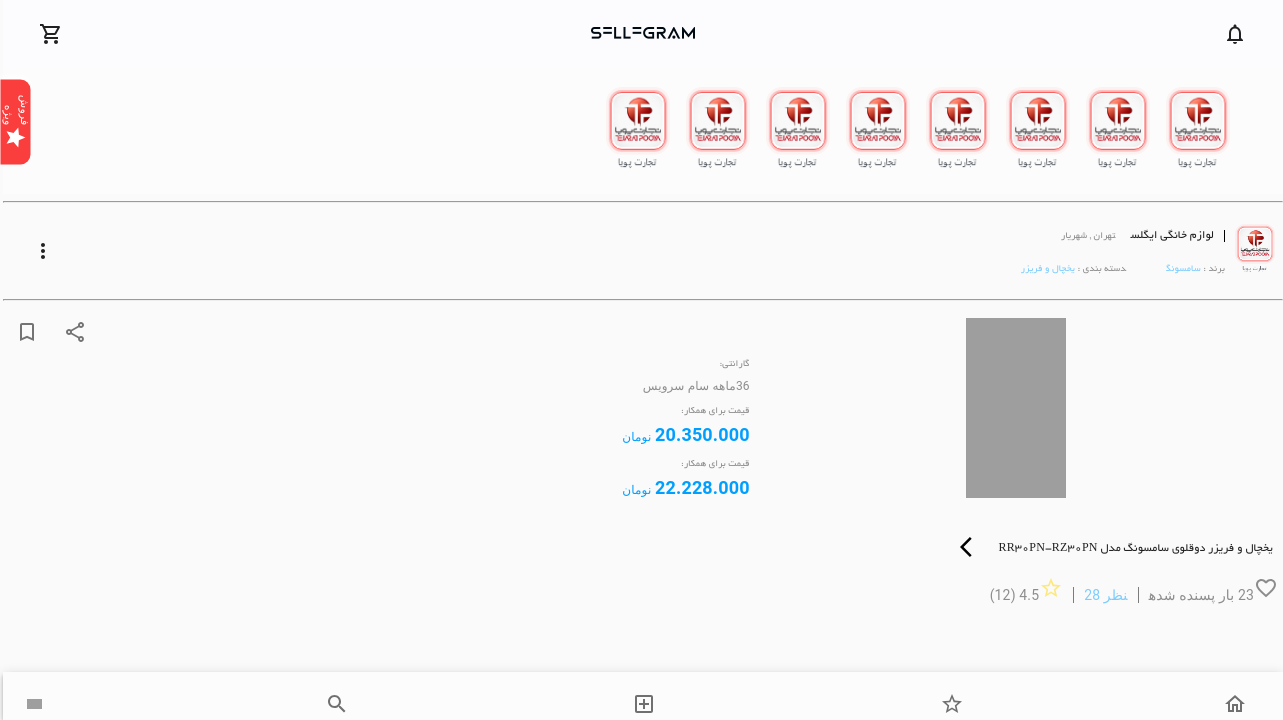
Repository: sadegh1379/selegram
Page: /login-4
An editor plug-in stored every save of this project. The page is shown before and after the next save, followed by the edit.
The browser window is 1280 px wide. The page is 1283 px wide, then 1280 px, so the pictures cover 1283 px, including what lies to the right of the window. The pictures show the whole page.
Pictures or frames that could not be fetched are drawn as grey boxes. The project was rebuilt for these pictures with package versions that can differ from the ones it lists, and the page was loaded fresh each time. Also part of the build but not shown: src/components/login/Login.js, src/components/login/LoginOne.js, src/components/login/LoginThree.js.

Above is the page before, as saved 2020-09-09 14:30:19.

### public/index.html
<!DOCTYPE html>
<html lang="en">
  <head>
    <meta charset="utf-8" />
    <link rel="icon" href="%PUBLIC_URL%/favicon.ico" />
    <meta
      name="viewport"
      content="minimum-scale=1, initial-scale=1, width=device-width"
    />
    <meta name="theme-color" content="#000000" />
    <meta
      name="description"
      content="Web site created using create-react-app"
    />
    <link rel="apple-touch-icon" href="%PUBLIC_URL%/logo192.png" />
    <!--
      manifest.json provides metadata used when your web app is installed on a
      user's mobile device or desktop. See https://developers.google.com/web/fundamentals/web-app-manifest/
    -->
    <link rel="manifest" href="%PUBLIC_URL%/manifest.json" />
    <!--
      Notice the use of %PUBLIC_URL% in the tags above.
      It will be replaced with the URL of the `public` folder during the build.
      Only files inside the `public` folder can be referenced from the HTML.

      Unlike "/favicon.ico" or "favicon.ico", "%PUBLIC_URL%/favicon.ico" will
      work correctly both with client-side routing and a non-root public URL.
      Learn how to configure a non-root public URL by running `npm run build`.
    -->
    <title>React App</title>
  </head>
  <body dir="rtl">
    <noscript>You need to enable JavaScript to run this app.</noscript>
    <div id="root"></div>
    <!--
      This HTML file is a template.
      If you open it directly in the browser, you will see an empty page.

      You can add webfonts, meta tags, or analytics to this file.
      The build step will place the bundled scripts into the <body> tag.

      To begin the development, run `npm start` or `yarn start`.
      To create a production bundle, use `npm run build` or `yarn build`.
    -->
  </body>
</html>

### src/index.js
import React from 'react';
import ReactDOM from 'react-dom';
import App from './App';
import { createMuiTheme, ThemeProvider } from '@material-ui/core/styles';
import RTL from './RTL';
import {BrowserRouter as Router} from 'react-router-dom';
// import '../node_modules/bootstrap/dist/css/bootstrap.css';
import {DataProvider} from './context'

const theme = createMuiTheme({
  direction: 'rtl', // Both here and <body dir="rtl">
});

ReactDOM.render(
      <ThemeProvider theme={theme}>
                      <RTL>
                          <Router>
                              <DataProvider>
                                    <App />
                              </DataProvider>
                          </Router>
                      </RTL>
      </ThemeProvider>
  ,
  document.getElementById('root')
);

### src/App.js
import React from 'react';
import './App.css';
import {Switch , Route} from 'react-router-dom';

import Login from './components/login/Login';
import LoginOne from './components/login/LoginOne';
import LoginThree from './components/login/LoginThree';
import LoginFour from './components/body/LoginFour'

function App() {
  return (
    <div className="App">
      <Switch>
        <Route exact path="/" component={(props)=><Login {...props}/>} />
        <Route exact path="/login-1" component={(props)=><LoginOne {...props}/>} />
        <Route exact path="/login-3" component={(props)=><LoginThree {...props}/>} />
        <Route exact path="/login-4" component={(props)=><LoginFour {...props}/>} />
      </Switch>
    </div>
  );
}

export default App;

### src/RTL.js
import React from 'react'
import { create } from 'jss';
import rtl from 'jss-rtl';
import { StylesProvider, jssPreset } from '@material-ui/core/styles';

// Configure JSS
const jss = create({ plugins: [...jssPreset().plugins, rtl()] });

function RTL(props) {
  return (
    <StylesProvider jss={jss}>
      {props.children}
    </StylesProvider>
  );
}

export default RTL;

### src/context.js
import React , {createContext ,Component}  from 'react';

const context = createContext()

 class DataProvider extends Component {
    constructor(props){
        super(props);

        this.state={
            kala:[{
                name:'sadegh',
                img:'./img/kala.png'
            },
            {
                name:'sadegh',
                img:'./img/kala.png'
            },
            {
                name:'sadegh',
                img:'./img/kala.png'
            },
            {
                name:'sadegh',
                img:'./img/kala.png'
            },
            {
                name:'sadegh',
                img:'./img/kala.png'
            },
            {
                name:'sadegh',
                img:'./img/kala.png'
            },
            {
                name:'sadegh',
                img:'./img/kala.png'
            },
            {
                name:'sadegh',
                img:'./img/kala.png'
            }
        ],
        select:'./img/ice.png'
        }
    }
    render() {
        return (
            <context.Provider value={{
                    ...this.state
            }}>
                {this.props.children}
            </context.Provider>
        )
    }
}

const DataConsumer = context.Consumer;

export { DataProvider , DataConsumer , context};

### src/App.css
@font-face {
    font-family: BYekan;
    src: url('./font/BYekan.ttf') , url('./font/BYekan.eot') , url('./font/BYekan.woff');
  }

html , body , #root{
    margin: 0px ;
    padding:0px;
}
.font-yekan{
    font-family: BYekan !important;
  }
label{
    color:#034DA2 !important;
    font-size: 14px;

    font-weight: small !important;

    margin-right: 10px;
    font-family: BYekan !important;
}

.color-text{
  color:#404D66
}

.no-scroll::-webkit-scrollbar{
  display: none;

}
.no-scroll{
  -ms-overflow-style: none ;
  scrollbar-width: none;
}

.lighblue{
  color:#009FFF;
}
.font-10-px{
  font-size: 10px;
}
.font-12-px{
  font-size: 12px;
}
.text-right{
  text-align: right;
}
.text-left{
  text-align: left;
}

.opacity{
  opacity: 0.5;

}

.money-color{
  color:#009FFF;
  font-size:18px;
  font-weight: bolder  ;
}

.toman-blue{
  font-size: 12px;
  color:#009FFF ;

}

### src/components/body/LoginFour.js
import React , {useContext} from 'react';
import Navbar from '../static/Navbar';
import Button from '@material-ui/core/Button';
import Grid from '@material-ui/core/Grid'
import {context} from '../../context';
import useStyles from './styles';
import StarIcon from '@material-ui/icons/Star';
import Menu from '@material-ui/core/Menu';
import MenuItem from '@material-ui/core/MenuItem';
import MoreVertIcon from '@material-ui/icons/MoreVert';
import BookmarkBorderIcon from '@material-ui/icons/BookmarkBorder';
import ShareOutlinedIcon from '@material-ui/icons/ShareOutlined';
import { IconButton } from '@material-ui/core';
import ArrowBackIosIcon from '@material-ui/icons/ArrowBackIos';
import FavoriteBorderOutlinedIcon from '@material-ui/icons/FavoriteBorderOutlined';
import BottomAppBar from '../static/BottomAppBar';
import StarBorderIcon from '@material-ui/icons/StarBorder';



function LoginFour() {
    const classes = useStyles();
    const [anchorEl, setAnchorEl] = React.useState(null);
    const [opinion , setOpinion] = React.useState('لطفا نظر خود را بنویسید ...');

    const data = useContext(context);
    console.log(data);

    // fordropdown---------

    const handleClick = (event) => {
        setAnchorEl(event.currentTarget);
      };

      const handleClose = () => {
        setAnchorEl(null);
      };

      //-------------------

    return (
        <React.Fragment>
            <Navbar/>

            <Grid className={classes.carouselContainer}>
                <ul className="no-scroll" style={{display:'flex' , overflow:'scroll' , listStyle:'none' }}>
                    <span className={classes.ulf}>
                        <StarIcon/>
                            فروش ویژه
                    </span>
                    {data.kala.map((item , i)=>{
                        return(
                            <li style={{margin:'0px 8px' }} key={i}>
                                <img style={{width:'64px' , height:'83px'}}  src={item.img} alt=""/>


                            </li>
                        )
                    })
                    }
                </ul>
            </Grid><hr/>

            {/* information component */}

            <Grid className={classes.informationGrid}>
                <Grid item ><img alt="img" style={{width:'40px'}} src={data.kala[2].img}/></Grid>
                <Grid item  className={classes.informationText}>
                    <span className="font-yekan font-12-px" style={{borderRight:'1px solid black' , paddingRight:'10px' }}>لوازم خانگی  ایگلس</span>
                    <span className="font-yekan  font-10-px" style={{marginRight:'15px' , opacity:'0.5'}}>تهران , شهریار</span><br/>
                    <span className="font-yekan font-10-px" style={{opacity:'0.5'}}>برند  :  <span className="lighblue">سامسونگ</span></span>
                    <span className="font-yekan font-10-px" style={{opacity:'0.5', marginRight:'40px'}}>دسته بندی  : <span className="lighblue">یخچال و فریزر</span></span>
                </Grid>
                <Grid item>
                    <div>
                        <Button aria-controls="simple-menu" aria-haspopup="true" onClick={handleClick}>
                            <MoreVertIcon/>
                        </Button>
                        <Menu
                            id="simple-menu"
                            anchorEl={anchorEl}
                            keepMounted
                            open={Boolean(anchorEl)}
                            onClose={handleClose}
                        >
                            <MenuItem onClick={handleClose}>Profile</MenuItem>
                            <MenuItem onClick={handleClose}>My account</MenuItem>
                            <MenuItem onClick={handleClose}>Logout</MenuItem>
                        </Menu>
                     </div>
                </Grid>
            </Grid><hr/>
            {/* body */}
            <Grid className={classes.body}>
                <Grid className={classes.bodyImg} item md={5} sm={5} xs={5}>
                    <img style={{width:'100px' , height:'180px' ,imageResolution:'from-image'}} src={data.select} alt=""/>
                </Grid>
                <Grid item md={7} sm={7} xs={7}>
                    <div  className="text-left">
                        <IconButton>
                             <ShareOutlinedIcon/>
                        </IconButton>
                        <IconButton>
                              <BookmarkBorderIcon/>
                        </IconButton>

                    </div>
                    <div  style={{lineHeight:'10px'}}>
                            <span className="font-10-px opacity font-yekan">گارانتی:</span><p className="font-12-px opacity">36ماهه سام سرویس</p>
                            <span className="font-10-px opacity font-yekan">قیمت برای همکار:</span><p ><span className="money-color">20.350.000</span> <span className="toman-blue">نومان</span> </p>
                            <span className="font-10-px opacity font-yekan">قیمت برای همکار:</span><p ><span className="money-color">22.228.000</span> <span className="toman-blue">نومان</span> </p>

                    </div>

                </Grid>
            </Grid>
            <Grid className={classes.getArrow}>
                <span className="font-12-px font-yekan"> یخچال و فریزر دوقلوی سامسونگ مدل RR30PN-RZ30PN </span>
                <IconButton >
                        <ArrowBackIosIcon className={classes.color_black}/>
                </IconButton>
            </Grid>
            {/* liked */}
            <Grid className={classes.liked}>
                        <FavoriteBorderOutlinedIcon/>
                         <span>23 بار پسنده شده</span>
                        <span style={{borderLeft:'1px solid black' , margin:'0 10px'}}></span>
                        <span className="lighblue lightblue">نظر 28</span>
                        <span style={{borderLeft:'1px solid black' , margin:'0 10px'}}></span>
                        <StarBorderIcon className={classes.goldstar}/>
                        <span>4.5 (12)</span>

            </Grid>
            {/* Opinion */}
            {/* <Grid>
            <form style={{width:'100%' , margin:'10px'}}  autoComplete="off">
                <textarea style={{border:'0px'}} onChange={(e)=>setOpinion(e.target.value)} value={opinion} className="font-yekan opacity"  id="" cols="30" rows="2"></textarea>

            </form>
            </Grid> */}



            {/* bottom app bar */}
            <BottomAppBar img={data.select}/>
        </React.Fragment>
    )
}

export default LoginFour

### src/components/static/Navbar.js
import React from 'react';
import Grid from '@material-ui/core/Grid';
import useStyles from './styles';
import ShoppingCartOutlinedIcon from '@material-ui/icons/ShoppingCartOutlined';
import NotificationsOutlinedIcon from '@material-ui/icons/NotificationsOutlined';
import Button from '@material-ui/core/Button';
import logo from './img/navlogo.png'

function Navbar() {
    const classes = useStyles();
    return (
      <Grid  className={classes.navContainer}>
          <Grid>
              <Button>
                <NotificationsOutlinedIcon/>
              </Button>
          </Grid>
          <Grid className={classes.navlogo}>
              <img style={{width:'50%'}} src={logo} alt="selegram"/>
          </Grid>
          <Grid>
                <Button>
                <ShoppingCartOutlinedIcon/>
                </Button>
          </Grid>
      </Grid>
    )
}

export default Navbar

### src/components/body/styles.js
import { makeStyles } from '@material-ui/core/styles';

const useStyles = makeStyles((theme) => ({
    carouselContainer:{
        backgroundColor:'#FCFCFC',
        padding:'5px'
    },
    ulf:{
        backgroundColor:'#FA3D3D',
        position:'absolute',
        left:'-30px',
        marginTop:'20px',
        padding:'15px',
        // marginLeft:'0px',
        width:'85px',
        height:'10px',
        transform:'rotateZ(-270deg)',
        display:'flex',
        alignItems:'center',
        justifyContent:'space-between',
        fontSize:'11px',
        color:'#FFFFFF',
        borderRadius:'10px 10px 0 0',
        boxShadow:'-3px 0px 6px'
    },
    informationGrid:{
            display:'flex',
            justifyContent:'space-between',
            padding:'8px',
            alignItems:'center'
    },
    informationText :{
        lineHeight:'30px',
        width:'100%',
        margin:'0 10px',
        padding:'0px'
    },
    body:{
        // backgroundColor:'gold',
        display:'flex'
    },
    bodyImg:{
        width:'100%',
        overflow:'hidden',
        padding:'10px',
        textAlign:'center'
    },
    getArrow:{
        padding:'10px'
    },
    color_black : {
        color:'black'
      },
    liked:{

        display:'felx'
        ,alignItems:'center',
        padding:'5px',
        marginTop:'-10px',
        opacity:'0.5'
    },
    goldstar:{
        color:'gold',

    },

}))


export default useStyles;

### src/components/static/BottomAppBar.js
import React from 'react';
import { makeStyles } from '@material-ui/core/styles';
import AppBar from '@material-ui/core/AppBar';
import CssBaseline from '@material-ui/core/CssBaseline';
import Toolbar from '@material-ui/core/Toolbar';
import IconButton from '@material-ui/core/IconButton';
import AddBoxOutlinedIcon from '@material-ui/icons/AddBoxOutlined';
import SearchIcon from '@material-ui/icons/Search';
import StarBorderOutlinedIcon from '@material-ui/icons/StarBorderOutlined';
import HomeOutlinedIcon from '@material-ui/icons/HomeOutlined';

const useStyles = makeStyles((theme) => ({




  appBar: {
    top: 'auto',
    bottom: 0,
    height:'48px',
    backgroundColor:'#FCFCFC'
  },
  grow: {
    flexGrow: 1,
  },

  toolBar:{
    display:'flex',
    justifyContent:'space-between',
    alignItems:'center'
  },
  icons:{

    color:'#707070'
  }
}));

export default function BottomAppBar(props) {
  const classes = useStyles();

  return (
    <React.Fragment>
      <CssBaseline />

      <AppBar position="fixed" color="default" className={classes.appBar}>
        <Toolbar className={classes.toolBar}>
          <IconButton edge="start" color="inherit" aria-label="open drawer">
            <HomeOutlinedIcon className={classes.icons} />
          </IconButton>
          <IconButton edge="end" color="inherit">
            <StarBorderOutlinedIcon className={classes.icons}/>
          </IconButton>
          <IconButton color="inherit">
            <AddBoxOutlinedIcon className={classes.icons}/>
          </IconButton>
          <IconButton color="inherit">
            <SearchIcon className={classes.icons}/>
          </IconButton>
          <IconButton edge="start" color="inherit" aria-label="open drawer">
            <img style={{width:'14.6px'}} src={props.img} alt=""/>
          </IconButton>
        </Toolbar>
      </AppBar>
    </React.Fragment>
  );
}

### src/components/static/styles.js
import { makeStyles } from '@material-ui/core/styles';

const useStyles = makeStyles((theme) => ({
    navContainer:{
        display:'flex',
        justifyContent:'space-between',
        backgroundColor:'#FCFCFF',
        padding:'16px',
        opacity:'100%',
        alignItems:'center'
    },
    navlogo:{
        textAlign:'center'
    }
}))


export default useStyles;

After the next save:
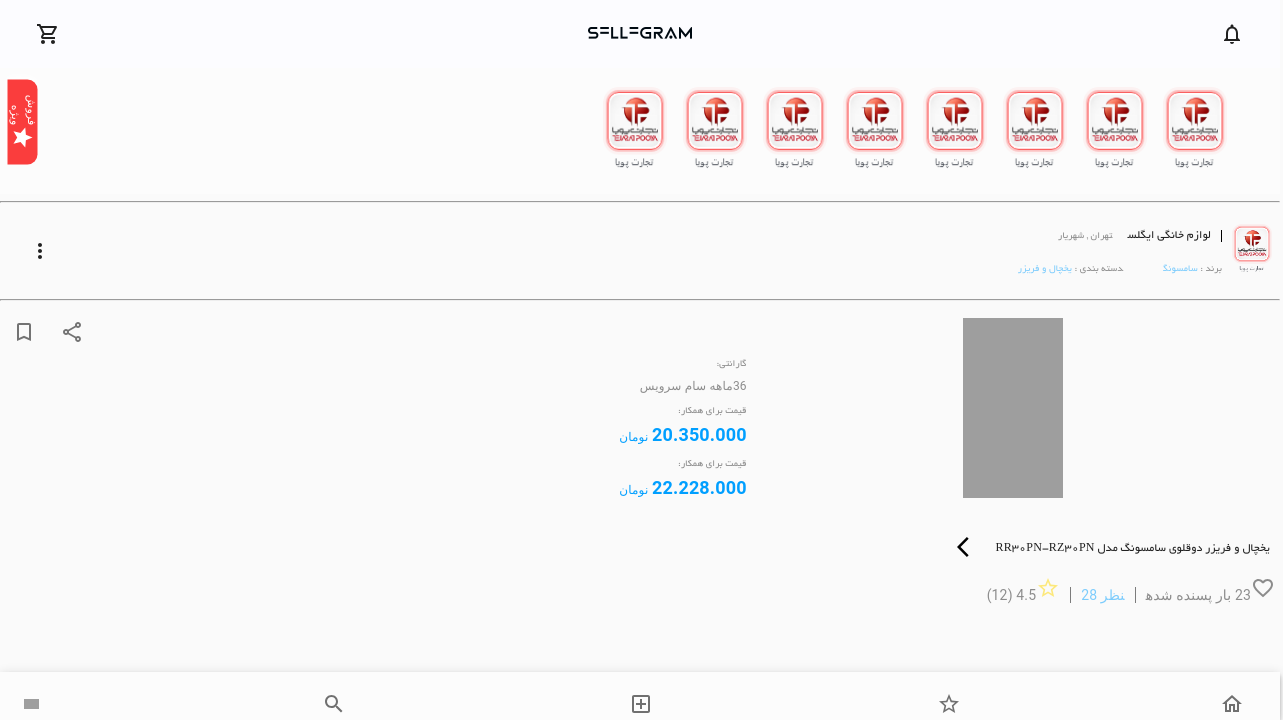
Saved 28 s later.
--- a/src/components/body/styles.js
+++ b/src/components/body/styles.js
@@ -8,7 +8,7 @@
     ulf:{
         backgroundColor:'#FA3D3D',
         position:'absolute',
-        left:'-30px',
+        left:'-20px',
         marginTop:'20px',
         padding:'15px',
         // marginLeft:'0px',
